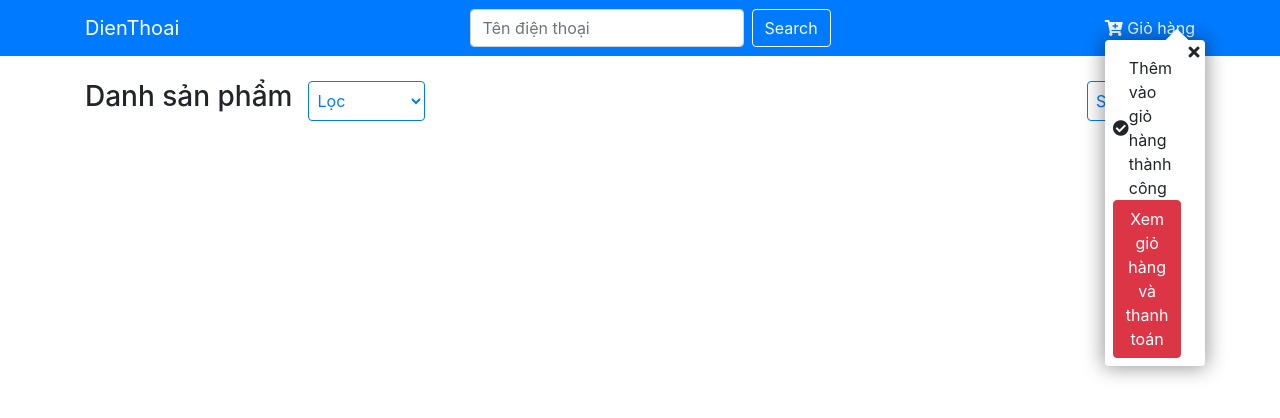
Repository: dovanthao2404/BC14_Bai_Tap_Ban_Dien_Thoai_dovanthao
Page: app/views/index.html
An editor plug-in stored every save of this project. The page is shown before and after the next save, followed by the edit.
The browser window is 1280 px wide. The pictures show the whole page.
Some web libraries are served in a nearby version. The style sheet was rebuilt from its Sass, Less or Tailwind sources for each picture, by a compiler version that may differ from the author's.

Above is the page before, as saved 2021-08-14 16:21:51.
Console error (its wording comes from the project's code and is left out).

After the next save:
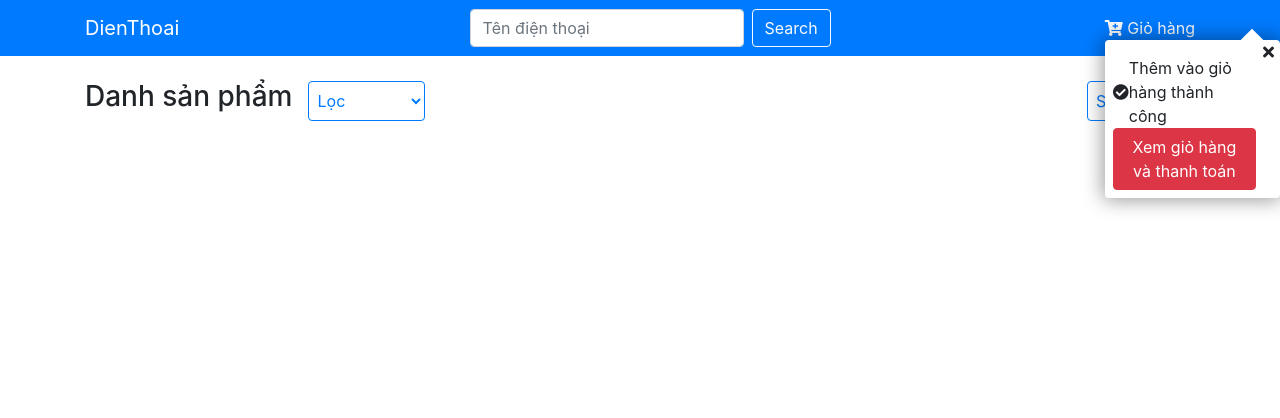
Saved 6 s later.
--- a/assets/scss/main.scss
+++ b/assets/scss/main.scss
@@ -21,7 +21,7 @@
   }
 }
 .phone-cart {
-  position: relative;
+  // position: relative;
 }
 .notifiSuccess {
   position: absolute;

After the 3 saves that followed:
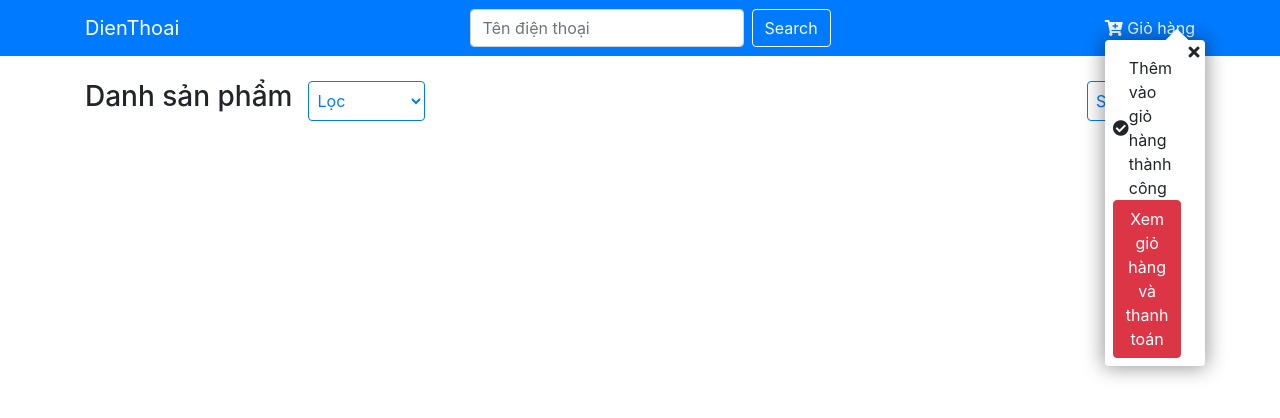
The 3 saves are shown as one change because they came seconds apart.
The last was saved 56 s later.
--- a/assets/scss/main.scss
+++ b/assets/scss/main.scss
@@ -21,10 +21,11 @@
   }
 }
 .phone-cart {
-  // position: relative;
+  position: relative;
 }
 .notifiSuccess {
   position: absolute;
+  // top: 10px;
   box-shadow: 0 0 20px 2px rgba(0, 0, 0, 0.4);
   &:before {
     content: "";
